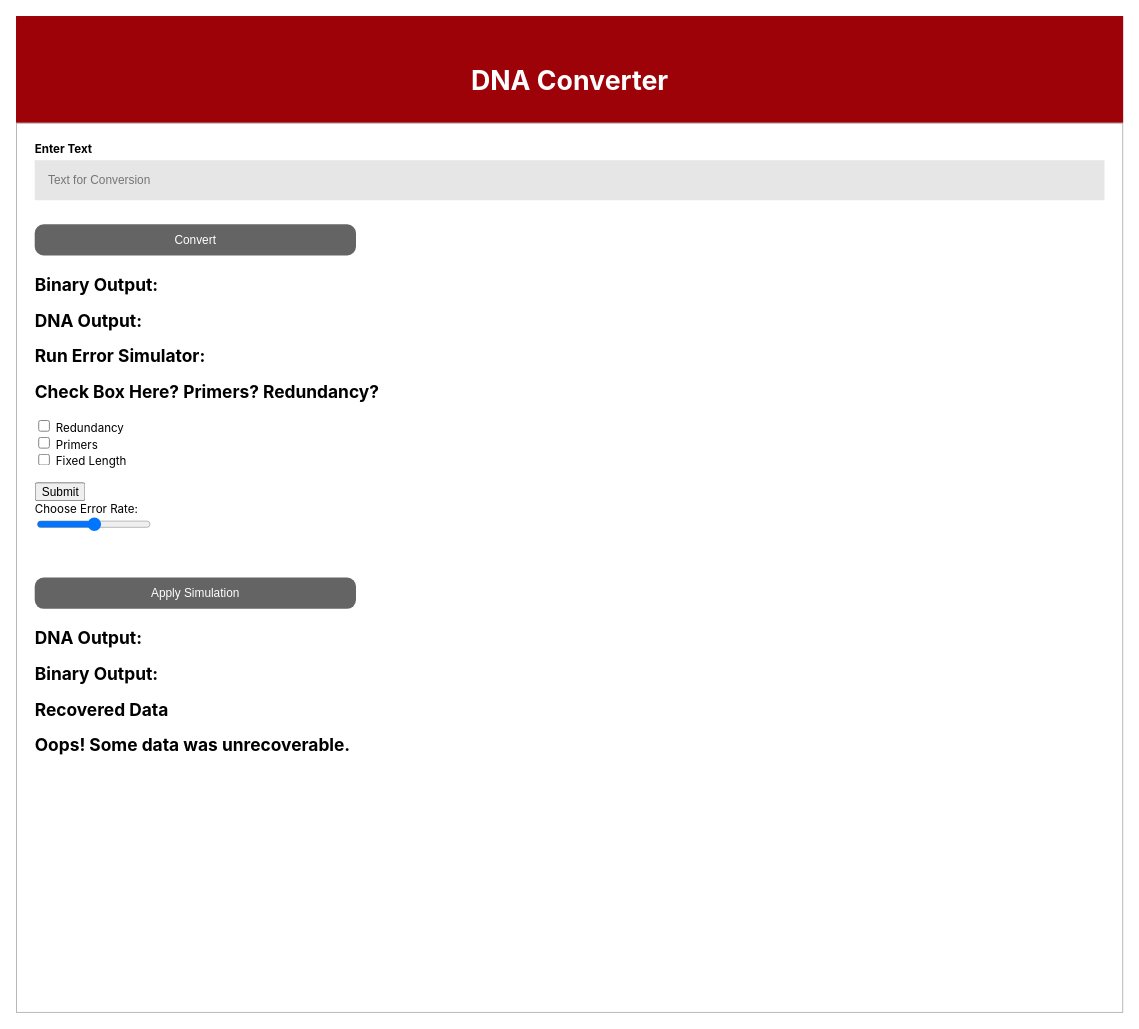
Repository: komalharjani/MSc-Thesis-DNA-Storage
Page: index.html
An editor plug-in stored every save of this project. The page is shown before and after the next save, followed by the edit.
The browser window is 1280 px wide. The pictures show the whole page, at 89% of full size.

Above is the page before, as saved 2020-08-16 22:01:02.

After the next save:
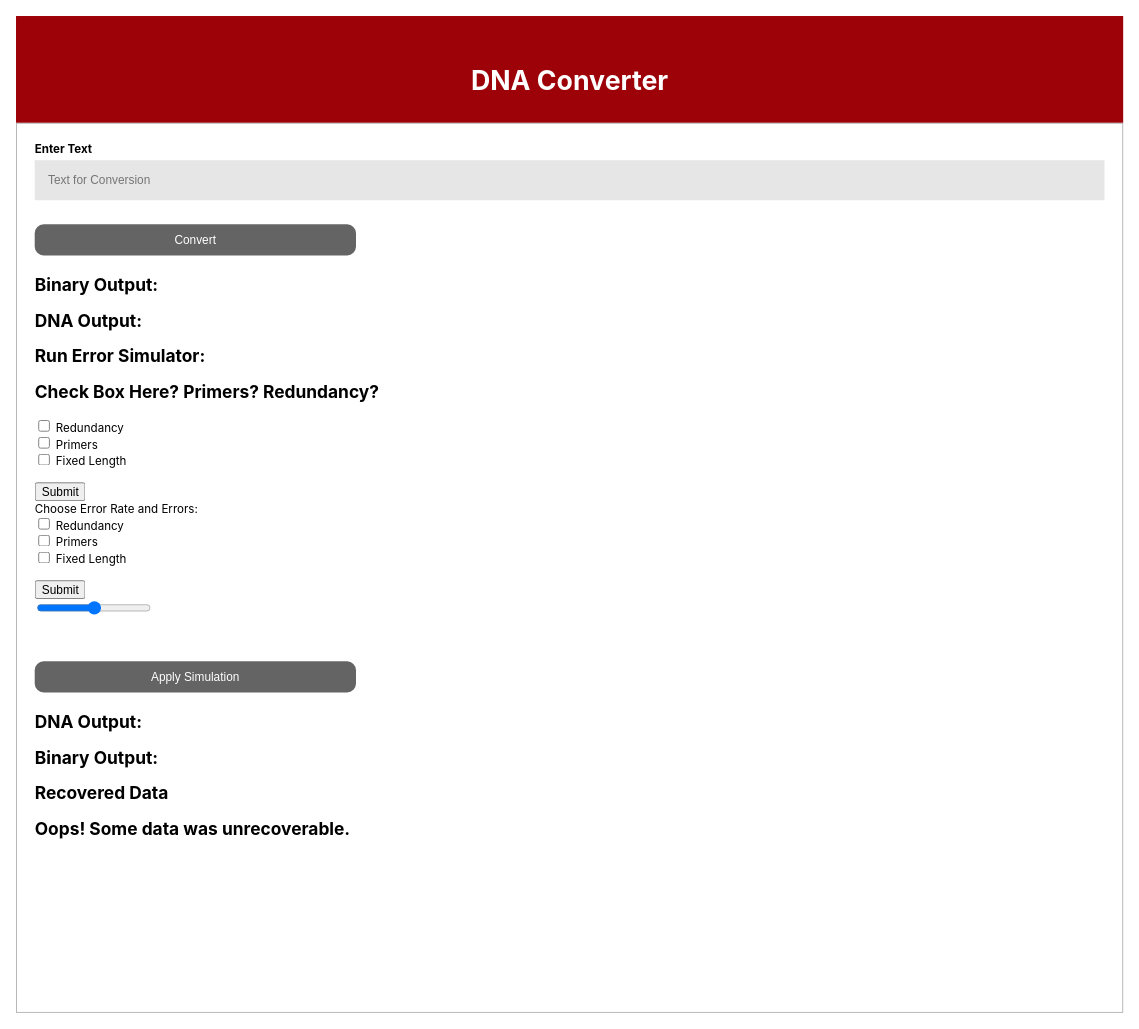
Saved 26 s later.
--- a/index.html
+++ b/index.html
@@ -32,7 +32,18 @@
                 <input type="submit" value="Submit">
             </form>
 
-            <label>Choose Error Rate:</label><br>
+            <label>Choose Error Rate and Errors:</label><br>
+            <form>
+                <input type="checkbox" id="vehicle1" name="vehicle1" value="Bike">
+                <label for="vehicle1"> Redundancy </label><br>
+                <input type="checkbox" id="vehicle2" name="vehicle2" value="Car">
+                <label for="vehicle2"> Primers </label><br>
+                <input type="checkbox" id="vehicle3" name="vehicle3" value="Boat">
+                <label for="vehicle3"> Fixed Length</label><br><br>
+                <input type="submit" value="Submit">
+            </form>
+
+
             <input type="range" name="rangeInput" min="0" max="10" onchange="updateTextInput(this.value);"><br>
             <input type="number" id="textInput" value="" class="range" max="10"><br>
             <button onclick="" id="error">Apply Simulation</button><br>
